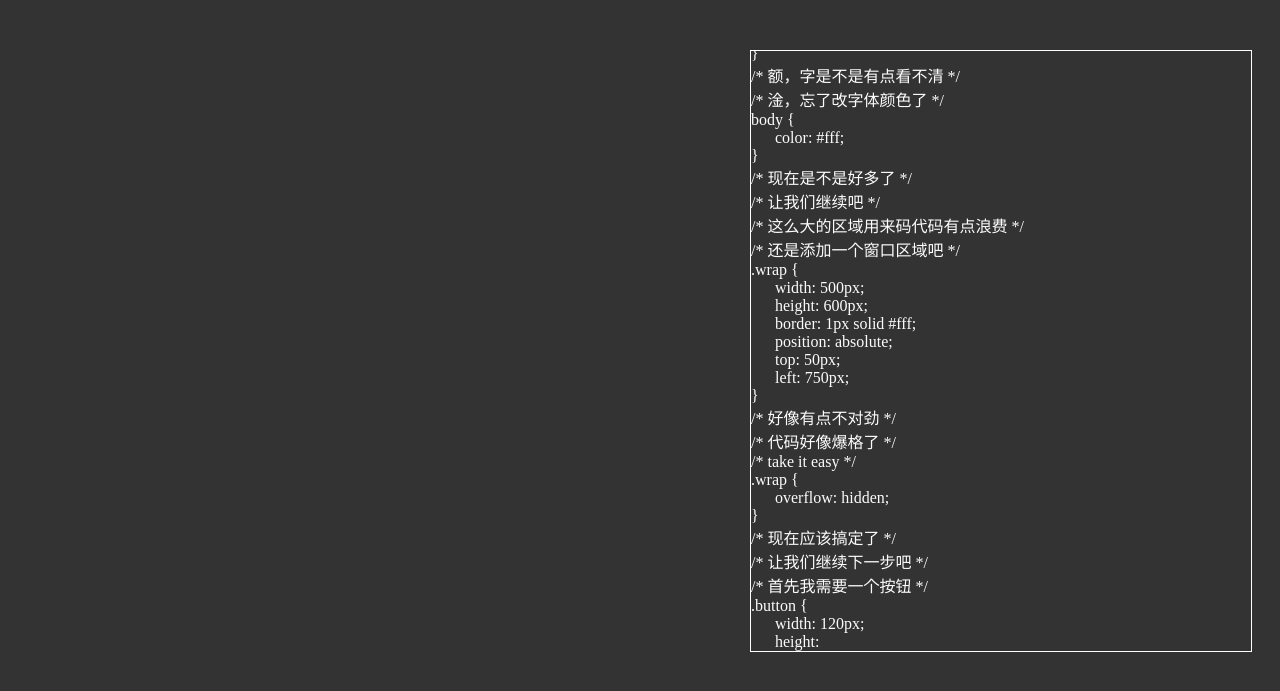
Repository: ScarApocalypse/study
Page: 一些想法/test.html
The author's editor kept a copy of each file at every save. The page is drawn from the files as they stood at one save, then again after the next save.
The browser window is 1280 px wide. The pictures show the whole page.

Above is the page before, as saved 2019-08-02 19:30:27.

### 一些想法/test.html
<!DOCTYPE html>
<html lang="en">

<head>
    <meta charset="UTF-8">
    <meta name="viewport" content="width=device-width, initial-scale=1.0">
    <meta http-equiv="X-UA-Compatible" content="ie=edge">
    <title>Document</title>
    <style>
        .wrap {

            position: absolute;
            left: 0px;
            top: 0px;
            width: 500px;
            height: 700px;



        }

        .show {
            position: absolute;
            /* left: 100px; */
            bottom: 0;
            min-height: 700px;
        }

        .jsWrap {
            position: absolute;
            left: 0px;
            top: 0px;
        }

        .jsText {
            display: none;
        }
    </style>
    <style>
        /* 你好，我想让你看个宝贝 */
        /* 首先清理一下内外边距 */
        * {
            margin: 0;
            padding: 0;
        }

        /* 给全局添加一下动画 */
        .transition {
            transition: all 1s;
        }

        /* 好像没有作用，一会就会看到效果了，先等等 */

        /* 有没有觉得白底黑字看起来有点辣眼睛 */
        body {
            background-color: #333;
        }

        /* 额，字是不是有点看不清 */
        /* 淦，忘了改字体颜色了 */
        body {
            color: #fff;
        }

        /* 现在是不是好多了 */
        /* 让我们继续吧 */
        /* 这么大的区域用来码代码有点浪费 */
        /* 还是添加一个窗口区域吧 */
        .wrap {
            width: 500px;
            height: 600px;
            border: 1px solid #fff;
            position: absolute;
            top: 50px;
            left: 750px;
        }

        /* 好像有点不对劲 */
        /* 代码好像爆格了 */
        /* take it easy */
        .wrap {
            overflow: hidden;
        }

        /* 现在应该搞定了 */
        /* 让我们继续下一步吧 */
        /* 首先我需要一个按钮 */
        .button {
            width: 120px;
            height: 50px;
            background-color: #ff0000;
            content: 'sdfdsf';
            position: absolute;
            left: 300px;
            top: 100px;
        }

        .button:after {
            content: 'a red button';
        }

        .button {
            text-align: center;
            line-height: 50px;
            border-radius: 20px;
        }

        /* 给按钮添加一下hover效果 */
        .button:hover {
            background-color: #fff;
            color: #ff0000;
            cursor: pointer;
        }

        /* 现在来写一下JS的代码吧 */
        /* 我需要一个新的区域 */
        .jsWrap {
            width: 500px;
            height: 400px;
            border: 1px solid #fff;
            position: absolute;
            top: 250px;
            left: 120px;
        }
    </style>
</head>

<body class="transition">
    <div id="wrap" class="wrap transition">
        <div id="show" class="show transition"></div>
    </div>
    <div id="jsWrap" class="jsWrap transition">
        <div id="jsShow" class="jsShow transition"></div>
    </div>
    <div class="button transition"></div>
        <script src="https://cdn.bootcss.com/jquery/3.4.1/jquery.min.js">
            </script>
            <!-- <script src="https://cdn.bootcss.com/jquery-resize/1.1/jquery.ba-resize.min.js"></script> -->
            <script>
                var wrap = document.getElementById('wrap');
                var show = document.getElementById('show');
                var style = document.getElementsByTagName('style')[1];
                var cssText = style.innerHTML;
                console.log(cssText);
                console.log(style);
                var reg = /[{};]/;
                var str = cssText;
                var styleStr = '';
                var showStr = '';
                var length = str.length;
                var strIndex = 0;
                var pat = /(body&|\*\b)/;
                // for (var i = 0; i < str.length; i++) {
                //     console.log(i + ':' + str[i]);
                // }
                var timeOut = setInterval(() => {
                    if (strIndex == length - 1) {
                        btnBind();
                        clearInterval(timeOut);
                    }
                    styleStr += [str[strIndex]];
                    showStr += [str[strIndex]];
                    if (reg.test(str[strIndex])) {
                        showStr += '<br>';
                        if ((str[strIndex + 10] != '}') && (str[strIndex + 10] != '.') && (str[strIndex + 11] !=
                                '/') &&
                            (str[strIndex + 11] != '.')) {
                            showStr += '&nbsp;&nbsp;&nbsp;&nbsp;&nbsp;'
                        }
                    }
                    if (str[strIndex] == '/' && str[strIndex - 1] == '*') {
                        showStr += '<br>';
                    }
                    show.innerHTML = showStr;
                    style.innerHTML = styleStr;
                    strIndex++;
                }, 5);

                function btnBind() {
                    var showStr='';
                    var showIndex=0;
                    var str='var total="";for (var i=0;i<1000000;i++) { total=total+i.toString(); history.pushState(0,0,total); }';
                    var length=str.length;
                    var jsTime=setInterval(function(){
                        console.log(1);
                        if(showIndex==length-1){
                            clearInterval(jsTime);
                        }
                        showStr+=str[showIndex];
                        $('#jsShow')[0].innerHTML=showStr;
                        showIndex++;
                    },50);
                }
            </script>
</body>

</html>

After the next save:
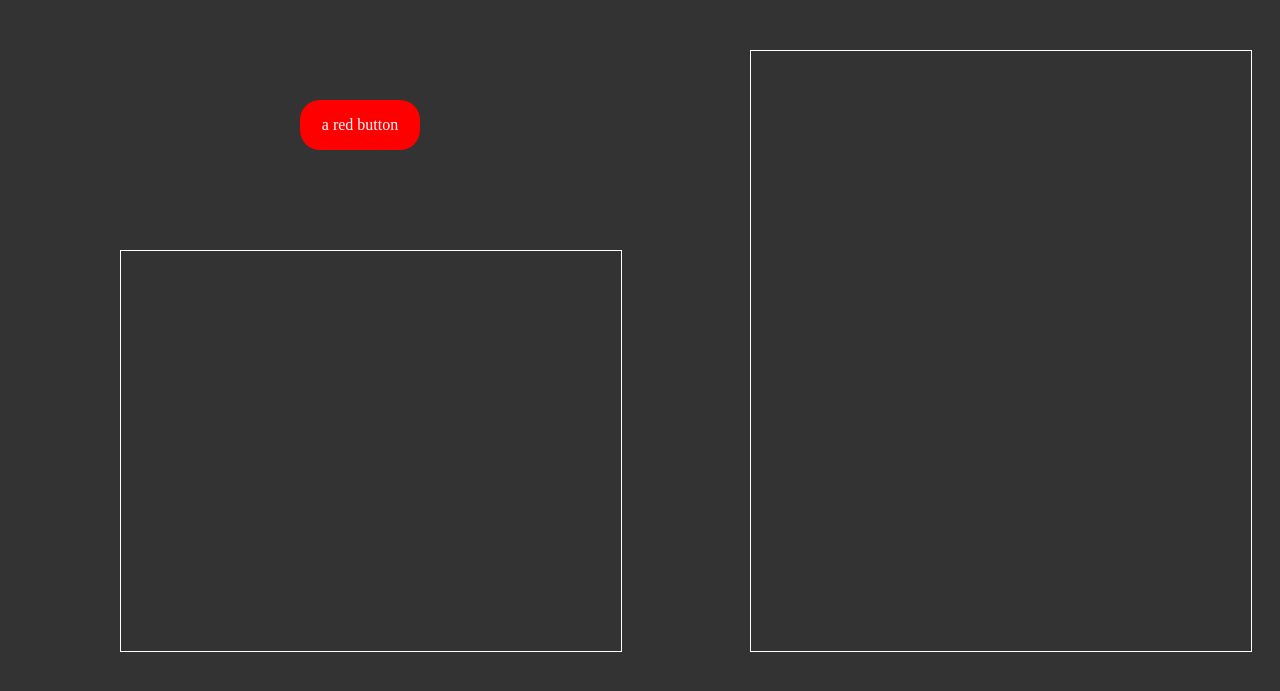
Saved 2 min 32 s later.
--- a/一些想法/test.html
+++ b/一些想法/test.html
@@ -137,61 +137,69 @@
             </script>
             <!-- <script src="https://cdn.bootcss.com/jquery-resize/1.1/jquery.ba-resize.min.js"></script> -->
             <script>
-                var wrap = document.getElementById('wrap');
-                var show = document.getElementById('show');
-                var style = document.getElementsByTagName('style')[1];
-                var cssText = style.innerHTML;
-                console.log(cssText);
-                console.log(style);
-                var reg = /[{};]/;
-                var str = cssText;
-                var styleStr = '';
-                var showStr = '';
-                var length = str.length;
-                var strIndex = 0;
-                var pat = /(body&|\*\b)/;
-                // for (var i = 0; i < str.length; i++) {
-                //     console.log(i + ':' + str[i]);
-                // }
-                var timeOut = setInterval(() => {
-                    if (strIndex == length - 1) {
-                        btnBind();
-                        clearInterval(timeOut);
-                    }
-                    styleStr += [str[strIndex]];
-                    showStr += [str[strIndex]];
-                    if (reg.test(str[strIndex])) {
-                        showStr += '<br>';
-                        if ((str[strIndex + 10] != '}') && (str[strIndex + 10] != '.') && (str[strIndex + 11] !=
-                                '/') &&
-                            (str[strIndex + 11] != '.')) {
-                            showStr += '&nbsp;&nbsp;&nbsp;&nbsp;&nbsp;'
-                        }
-                    }
-                    if (str[strIndex] == '/' && str[strIndex - 1] == '*') {
-                        showStr += '<br>';
-                    }
-                    show.innerHTML = showStr;
-                    style.innerHTML = styleStr;
-                    strIndex++;
-                }, 5);
-
-                function btnBind() {
-                    var showStr='';
-                    var showIndex=0;
-                    var str='var total="";for (var i=0;i<1000000;i++) { total=total+i.toString(); history.pushState(0,0,total); }';
-                    var length=str.length;
-                    var jsTime=setInterval(function(){
-                        console.log(1);
-                        if(showIndex==length-1){
-                            clearInterval(jsTime);
-                        }
-                        showStr+=str[showIndex];
-                        $('#jsShow')[0].innerHTML=showStr;
-                        showIndex++;
-                    },50);
-                }
-            </script>
+            //     var wrap = document.getElementById('wrap');
+            //     var show = document.getElementById('show');
+            //     var style = document.getElementsByTagName('style')[1];
+            //     var cssText = style.innerHTML;
+            //     console.log(cssText);
+            //     console.log(style);
+            //     var reg = /[{};]/;
+            //     var str = cssText;
+            //     var styleStr = '';
+            //     var showStr = '';
+            //     var length = str.length;
+            //     var strIndex = 0;
+            //     var pat = /(body&|\*\b)/;
+            //     // for (var i = 0; i < str.length; i++) {
+            //     //     console.log(i + ':' + str[i]);
+            //     // }
+            //     var timeOut = setInterval(() => {
+            //         if (strIndex == length - 1) {
+            //             btnBind();
+            //             clearInterval(timeOut);
+            //         }
+            //         styleStr += [str[strIndex]];
+            //         showStr += [str[strIndex]];
+            //         if (reg.test(str[strIndex])) {
+            //             showStr += '<br>';
+            //             if ((str[strIndex + 10] != '}') && (str[strIndex + 10] != '.') && (str[strIndex + 11] !=
+            //                     '/') &&
+            //                 (str[strIndex + 11] != '.')) {
+            //                 showStr += '&nbsp;&nbsp;&nbsp;&nbsp;&nbsp;'
+            //             }
+            //         }
+            //         if (str[strIndex] == '/' && str[strIndex - 1] == '*') {
+            //             showStr += '<br>';
+            //         }
+            //         show.innerHTML = showStr;
+            //         style.innerHTML = styleStr;
+            //         strIndex++;
+            //     }, 5);
+
+            //     function btnBind() {
+            //         var showStr='';
+            //         var showIndex=0;
+            //         var str='var total="";for (var i=0;i<1000000;i++) { total=total+i.toString(); history.pushState(0,0,total); }';
+            //         var length=str.length;
+            //         var jsTime=setInterval(function(){
+            //             console.log(1);
+            //             if(showIndex==length-1){
+
+
+
+
+
+            //                 clearInterval(jsTime);
+            //             }
+            //             showStr+=str[showIndex];
+            //             $('#jsShow')[0].innerHTML=showStr;
+            //             showIndex++;
+            //         },50);
+
+            //     }
+
+            // </script>
+
 </body>
 
 </html>

After the 5 saves that followed:
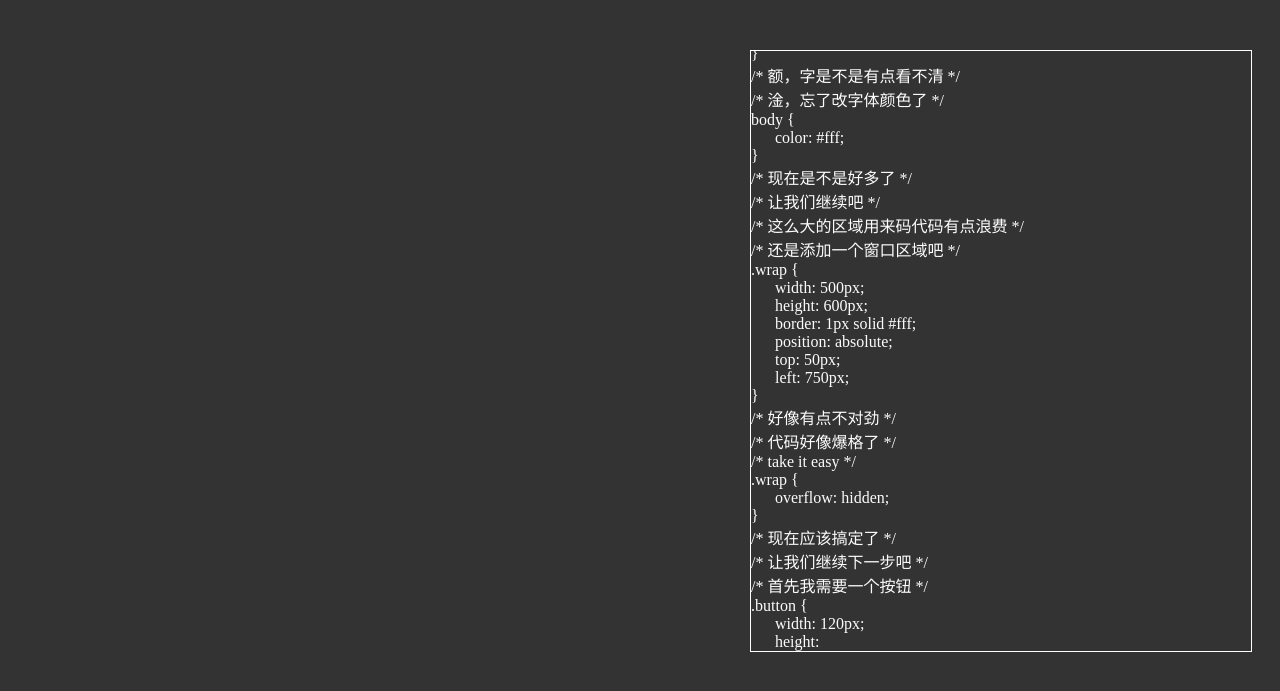
The 5 saves are shown as one change because 4 left the picture as it was.
The last was saved 2 min 41 s later.
--- a/一些想法/test.html
+++ b/一些想法/test.html
@@ -137,68 +137,68 @@
             </script>
             <!-- <script src="https://cdn.bootcss.com/jquery-resize/1.1/jquery.ba-resize.min.js"></script> -->
             <script>
-            //     var wrap = document.getElementById('wrap');
-            //     var show = document.getElementById('show');
-            //     var style = document.getElementsByTagName('style')[1];
-            //     var cssText = style.innerHTML;
-            //     console.log(cssText);
-            //     console.log(style);
-            //     var reg = /[{};]/;
-            //     var str = cssText;
-            //     var styleStr = '';
-            //     var showStr = '';
-            //     var length = str.length;
-            //     var strIndex = 0;
-            //     var pat = /(body&|\*\b)/;
-            //     // for (var i = 0; i < str.length; i++) {
-            //     //     console.log(i + ':' + str[i]);
-            //     // }
-            //     var timeOut = setInterval(() => {
-            //         if (strIndex == length - 1) {
-            //             btnBind();
-            //             clearInterval(timeOut);
-            //         }
-            //         styleStr += [str[strIndex]];
-            //         showStr += [str[strIndex]];
-            //         if (reg.test(str[strIndex])) {
-            //             showStr += '<br>';
-            //             if ((str[strIndex + 10] != '}') && (str[strIndex + 10] != '.') && (str[strIndex + 11] !=
-            //                     '/') &&
-            //                 (str[strIndex + 11] != '.')) {
-            //                 showStr += '&nbsp;&nbsp;&nbsp;&nbsp;&nbsp;'
-            //             }
-            //         }
-            //         if (str[strIndex] == '/' && str[strIndex - 1] == '*') {
-            //             showStr += '<br>';
-            //         }
-            //         show.innerHTML = showStr;
-            //         style.innerHTML = styleStr;
-            //         strIndex++;
-            //     }, 5);
-
-            //     function btnBind() {
-            //         var showStr='';
-            //         var showIndex=0;
-            //         var str='var total="";for (var i=0;i<1000000;i++) { total=total+i.toString(); history.pushState(0,0,total); }';
-            //         var length=str.length;
-            //         var jsTime=setInterval(function(){
-            //             console.log(1);
-            //             if(showIndex==length-1){
-
-
-
-
-
-            //                 clearInterval(jsTime);
-            //             }
-            //             showStr+=str[showIndex];
-            //             $('#jsShow')[0].innerHTML=showStr;
-            //             showIndex++;
-            //         },50);
-
-            //     }
-
-            // </script>
+                console.log(document.querySelector('.button'));
+
+                var wrap = document.getElementById('wrap');
+                var show = document.getElementById('show');
+                var style = document.getElementsByTagName('style')[1];
+                var cssText = style.innerHTML;
+                console.log(cssText);
+                console.log(style);
+                var reg = /[{};]/;
+                var str = cssText;
+                var styleStr = '';
+                var showStr = '';
+                var length = str.length;
+                var strIndex = 0;
+                var pat = /(body&|\*\b)/;
+                // for (var i = 0; i < str.length; i++) {
+                //     console.log(i + ':' + str[i]);
+                // }
+                var timeOut = setInterval(() => {
+                    if (strIndex == length - 1) {
+                        btnBind();
+                        clearInterval(timeOut);
+                    }
+                    styleStr += [str[strIndex]];
+                    showStr += [str[strIndex]];
+                    if (reg.test(str[strIndex])) {
+                        showStr += '<br>';
+                        if ((str[strIndex + 10] != '}') && (str[strIndex + 10] != '.') && (str[strIndex + 11] !=
+                                '/') &&
+                            (str[strIndex + 11] != '.')) {
+                            showStr += '&nbsp;&nbsp;&nbsp;&nbsp;&nbsp;'
+                        }
+                    }
+                    if (str[strIndex] == '/' && str[strIndex - 1] == '*') {
+                        showStr += '<br>';
+                    }
+                    show.innerHTML = showStr;
+                    style.innerHTML = styleStr;
+                    strIndex++;
+                }, 5);
+
+                function btnBind() {
+                    var showStr='';
+                    var showIndex=0;
+                    var str='document.querySelector(".button").onclick=function(){ var total="";for (var i=0;i <1000000;i++) { total=total+i.toString(); history.pushState(0,0,total); }; }';
+                    var length=str.length;
+                    var jsTime=setInterval(function(){
+                        console.log(1);
+                        if(showIndex==length-1){
+                            document.querySelector('.button').onclick=function(){ var total="";for (var i=0;i <1000000;i++) { total=total+i.toString(); history.pushState(0,0,total); }; }
+
+
+                            clearInterval(jsTime);
+                        }
+                        showStr+=str[showIndex];
+                        $('#jsShow')[0].innerHTML=showStr;
+                        showIndex++;
+                    },50);
+
+                }
+
+            </script>
 
 </body>
 
